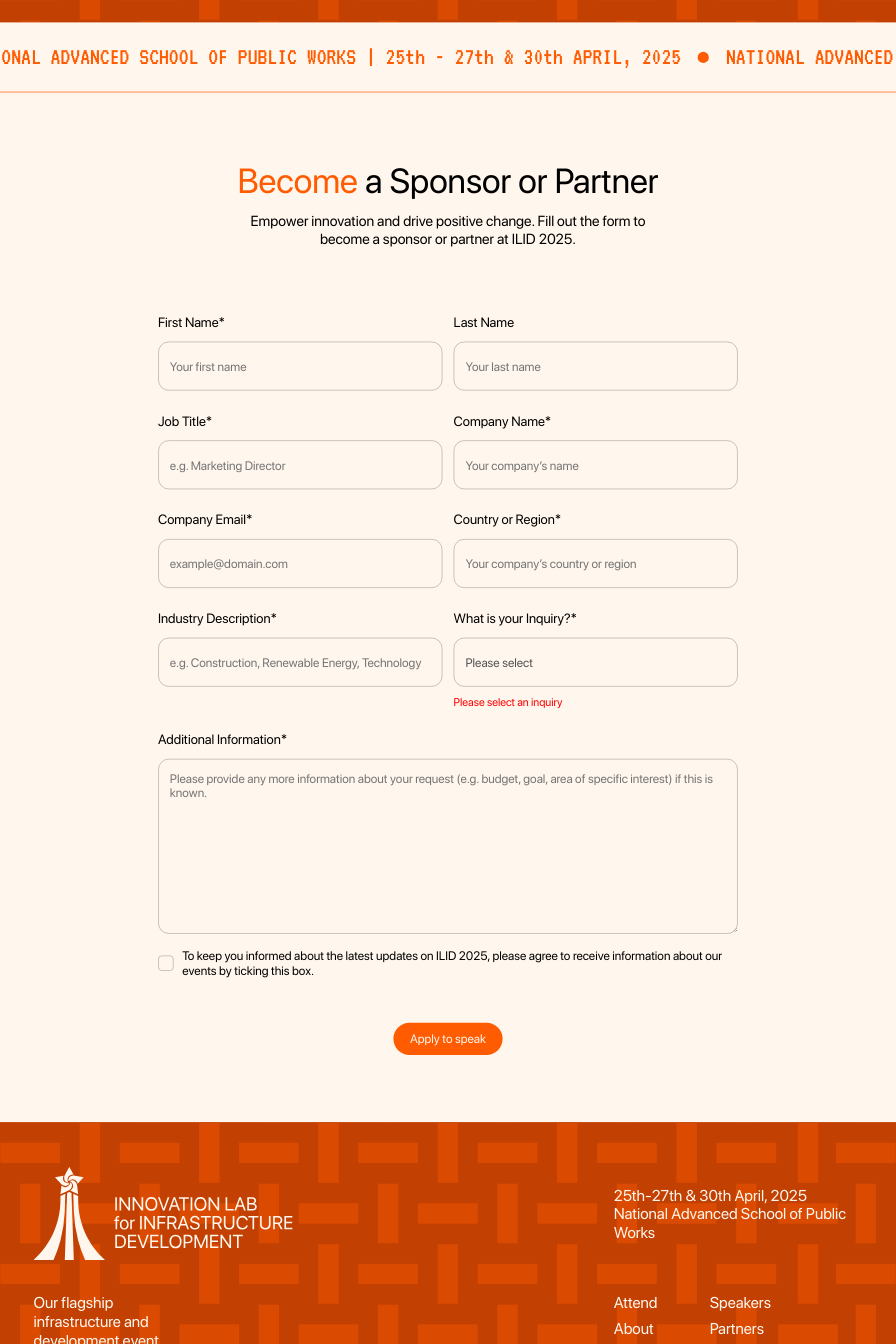
Repository: ilidevent/ilidwebsite
Page: /partners
An editor plug-in stored every save of this project. The page is shown before and after a run of saves, followed by the edit.
The browser window is 1280 px wide. The pictures show the part of the page from y = 580 to 2500 px (the page is 2790 px tall), at 70% of full size.
The project was rebuilt for these pictures with package versions that can differ from the ones it lists, and the page was loaded fresh each time. The framework's server and built-in components were replaced by stand-ins that run in the browser. Also part of the build but not shown: next.config.ts, components/ReUsables/ButtonTwo.tsx, styles/ReUsables/aboutboxwrapper.module.scss, components/ReUsables/TextEmail.tsx, styles/ReUsables/sloganbanner.module.scss, components/ReUsables/SloganBanner.tsx, styles/ReUsables/paddingtop.module.scss, components/ReUsables/PaddingTop.tsx and 43 more.

Above is the page before, as saved 2025-03-17 12:33:54.

### app/layout.tsx
import type { Metadata } from "next";
import localFont from "next/font/local";
import { Navbar } from "@/components";
import "../styles/globals.scss";
import Footer from "@/components/Navigation/Footer";

const regular = localFont({
  src: "./fonts/SF-Pro-Display-Regular.ttf",
  variable: "--regular-font"
})

const medium = localFont({
  src: "./fonts/SF-Pro-Display-Medium.ttf",
  variable: "--medium-font"
})

const semibold = localFont({
  src: "./fonts/SF-Pro-Display-Semibold.ttf",
  variable: "--semibold-font"
})

const heavy = localFont({
  src: "./fonts/SF-Pro-Display-Heavy.ttf",
  variable: "--heavy-font"
})

const script = localFont({
  src: "./fonts/VT323-Regular.ttf",
  variable: "--script-font"
})

export const metadata: Metadata = {
  title: "Innovation Lab for Infrastructure Development",
  description: "Generated by create next app",
};

export default function RootLayout({
  children,
}: Readonly<{
  children: React.ReactNode;
}>) {
  return (
    <html lang="en">
      <body className={`${regular.variable} ${medium.variable} ${semibold.variable} ${heavy.variable} ${script.variable}`}>
        <Navbar/>
        {children}
        <Footer/>
      </body>
    </html>
  );
}

### app/partners/layout.tsx
import type { Metadata } from "next";

export const metadata: Metadata = {
  title: "Partners ILID 2025",
  description: "From strategy to design, we craft brands that elevate visibility, build trust, and drive industry success.",
};

export default function RootLayout({
  children,
}: Readonly<{
  children: React.ReactNode;
}>) {
  return <>{children}</>;
}

### app/partners/page.tsx
import React from 'react'
import { PartnersPageWrapper } from '@/components'

const PartnersPage = () => {
  return (
    <div className='main'>
      <PartnersPageWrapper/>
    </div>
  )
}

export default PartnersPage

### components/index.ts
import Navbar from "./Navigation/Navbar";
import HomePageWrapper from "./HomePage/HomePageWrapper";
import AttendPageWrapper from "./AttendPage/AttendPageWrapper";
import SpeakerPageWrapper from "./SpeakerPage/SpeakerPageWrapper";
import AboutPageWrapper from "./AboutPage/AboutPageWrapper";
import AgendaPageWrapper from "./AgendaPage/AgendaPageWrapper";
import PitchPageWrapper from "./PitchPage/PitchPageWrapper";
import PartnersPageWrapper from "./PartnersPage/PartnersPageWrapper";

export {
  Navbar,
  HomePageWrapper,
  AttendPageWrapper,
  SpeakerPageWrapper,
  AboutPageWrapper,
  AgendaPageWrapper,
  PitchPageWrapper,
  PartnersPageWrapper
}

### components/Navigation/Navbar.tsx
import React from 'react'
import Image from 'next/image'
import Link from 'next/link'
import LOGO from "../../public/svg/whitelogo.svg"
import Button from '../ReUsables/Button'
import styles from "../../styles/Navigation/navbar.module.scss"

const Navbar = () => {
  const navLinks = [
    {
      name: "Attend",
      link: "/attend"
    },
    {
      name: "Speakers",
      link: "/speakers"
    },
    {
      name: "About",
      link: "/about"
    },
    {
      name: "Agenda",
      link: "/agenda"
    }
  ]

  const buttonOne = {
    name: "Pitch your idea",
    link: "/pitch-contest",
  }

  const buttonTwo = {
    name: "Partner with us",
    link: "/partners",
  }

  return (
    <>
      <header className={styles.nav__header}>
        <div className={`container ${styles.nav__container}`}>
          <Link className={styles.nav__logo} href="/">
            <Image fill quality={100} alt='ILID Logo' src={LOGO}/>
          </Link>
          <nav className={styles.nav__center}>
            {
              navLinks.map((data, i) => (
                <Link key={i} href={data.link}>{data.name}</Link>
              ))
            }
          </nav>
          <nav className={styles.nav__right}>
            <Button fill={false} buttonInfo={buttonOne}/>
            <Button fill buttonInfo={buttonTwo}/>
          </nav>
        </div>
      </header>
    </>
  )
}

export default Navbar

### components/PartnersPage/PartnersPageWrapper.tsx
"use client";

import React, { useEffect, useState, useRef } from "react";
import Lenis from "lenis";
import ReusableSection from "../ReUsables/ReusableSection";
import SpeakerForm from "../SpeakerPage/SpeakerForm";
import HeroSection from "../ReUsables/HeroSection";
import PartnersForm from "./PartnersForm";
import VenueBanner from "../ReUsables/VenueBanner";

const PartnersPageWrapper = () => {
  const [lenis, setLenis] = useState<Lenis | null>(null);
  const formRef = useRef<HTMLDivElement | null>(null);

  useEffect(() => {
    const lenisInstance = new Lenis({
      duration: 1,
    });

    function raf(time: number) {
      lenisInstance.raf(time);
      requestAnimationFrame(raf);
    }

    requestAnimationFrame(raf);

    // Store the lenis instance in state
    setLenis(lenisInstance);
  }, []);

  const HeroContent = {
    largeText: "Sponsor or Partner at ILID 2025",
    normalText:
      "Sponsor or Partner with us to ignite innovation, empower emerging leaders, and create resilient, future-ready communities in Cameroon.",
    buttonProps: {
      name: "Partner with us",
    }
  };

  const formContent = {
    header: "Become a Sponsor or Partner",
    keywords: ["Become"],
    text: "Empower innovation and drive positive change. Fill out the form to become a sponsor or  partner at ILID 2025.",
  };

  const HeroBreakpoints = {
    lg: "75vh",
    nm: "85vh",
    md: "100vh",
    sm: "100vh",
  };
  return (
    <>
      <HeroSection
        herocontent={HeroContent}
        breakpoints={HeroBreakpoints}
        lenis={lenis}
        reference={formRef}
      />
      <VenueBanner />
      <ReusableSection
        header={formContent.header}
        keywords={formContent.keywords}
        text={formContent.text}
        textColor="#000000"
        backgroundColor="#FFF6ED"
        ref={formRef}
      >
        <PartnersForm />
      </ReusableSection>
    </>
  )
}

export default PartnersPageWrapper

### styles/Navigation/footer.module.scss
.footer__section{
  width: 100%;
  height: auto;
  position: relative;
  background-color: var(--darkorange);
  padding: 4rem 0 0;
  color: var(--body-color);
}

.footer__container{
  height: auto;
  position: relative;
  z-index: 1;
  display: flex;
  flex-direction: column;
  gap: 7rem;
}

.footer__top{
  position: relative;
  width: 100%;
  display: flex;
  flex-direction: column;
  gap: 3rem;
  justify-content: flex-start;
  align-items: flex-start;
}

.ft__top{
  width: 100%;
  height: auto;
  display: flex;
  justify-content: space-between;
  align-items: center;
}

.ft__image{
  width: 370px;
  aspect-ratio: 1112.0159/400;
  position: relative;

  img {
    object-fit: cover;
  }
}

.loca__venue{
  width: 30%;
  height: auto;

  span{
    font-size: calc(var(--normal-font-size) + 0.3rem);
  }
}

.ft__bottom{
  width: 100%;
  height: auto;
  display: flex;
  justify-content: space-between;
  align-items: flex-start;
}

.ftb__left{
  width: 20%;
  height: auto;
  display: flex;
  flex-direction: column;
  gap: 1.5rem;

  p{
    font-size: calc(var(--normal-font-size) + 0.3rem);
    line-height: 1.2;
  }
}

.svg__container{
  position: relative;
  display: flex;
  gap: 1.5rem;
}

.svg{
  width: 25px;
  height: 25px;
  display: block;
  color: var(--body-color);
  position: relative;
}

.ftb__right{
  width: 30%;
  height: auto;
  display: flex;
  gap: 4rem;
  align-items: flex-start;
}

.fnav__links{
  display: flex;
  flex-direction: column;
  gap: 0.7rem;

  a{
    color: var(--body-color);
    font-size: calc(var(--normal-font-size) + 0.3rem);
    opacity: 1;
    transition: all 0.7s ease;

    &:hover{
      opacity: 0.6;
    }
  }
}

.fback__image{
  width: 100%;
  height: 100%;
  position: absolute;
  top: 0;
  left: 0;

  img{
    object-fit: cover;
  }
}

.footer__bottom{
  width: 100%;
  padding: 1.5rem 0;
  border-top: 1px solid var(--body-color);
  font-size: var(--small-font-size);
  display: flex;
  justify-content: space-between;
  align-items: center;

  p{
    display: flex;
    gap: 0.15rem;

    .better{
      font-family: var(--medium-font);
      text-decoration: underline;
      cursor: pointer;
    }
  }
}

### components/ReUsables/Button.tsx
"use client";

import React from "react";
import Link from "next/link";
import styles from "../../styles/ReUsables/button.module.scss";

interface ButtonInfo {
  name: string;
  link?: string;
}

interface ButtonProps {
  buttonInfo: ButtonInfo;
  fill: boolean;
  onClick?: () => void;
}

const Button = ({ buttonInfo, fill, onClick }: ButtonProps) => {
  // If a link is provided, render a Link
  if (buttonInfo.link) {
    return fill ? (
      <Link className={styles.button__background} href={buttonInfo.link}>
        {buttonInfo.name}
      </Link>
    ) : (
      <Link className={styles.button__stroke} href={buttonInfo.link}>
        {buttonInfo.name}
      </Link>
    );
  }

  // If no link is provided but an onClick is available, render a clickable span
  if (onClick) {
    return fill ? (
      <span className={styles.button__background} onClick={onClick}>
        {buttonInfo.name}
      </span>
    ) : (
      <span className={styles.button__stroke} onClick={onClick}>
        {buttonInfo.name}
      </span>
    );
  }

  // Fallback: render a non-clickable span
  return fill ? (
    <span className={styles.button__background}>{buttonInfo.name}</span>
  ) : (
    <span className={styles.button__stroke}>{buttonInfo.name}</span>
  );
};

export default Button;

### styles/Navigation/navbar.module.scss
.nav__header {
  width: 100%;
  height: auto;
  padding: 1rem 0;
  position: fixed;
  top: 0;
  left: 0;
  z-index: 100;
}

.nav__container {
  position: relative;
  display: flex;
  justify-content: space-between;
  align-items: center;
}

.nav__logo {
  width: 270px;
  aspect-ratio: 1112.0159/400;
  position: relative;

  img {
    object-fit: cover;
  }
}

.nav__center {
  position: absolute;
  top: 50%;
  left: 50%;
  transform: translate(-50%, -50%);
  display: flex;
  gap: 1.5rem;

  a {
    color: var(--body-color);
    opacity: 1;
    transition: opacity 0.5s ease;

    &:hover {
      opacity: 0.5;
    }
  }
}

.nav__right{
  display: flex;
  gap: 1.5rem
}

### components/ReUsables/HeroSection.tsx
import React from "react";
import Button from "./Button";
import Image from "next/image";
import Lenis from "lenis";
import HEROBACK from "../../public/svg/heroback.svg"
import styles from "../../styles/ReUsables/herosection.module.scss";

interface HeroContent {
  largeText: string;
  normalText: string;
  buttonText?: string;
  buttonProps: {
    name: string;
    link?: string;
  };
}

interface HeroBreakpoints {
  lg: string;
  nm: string;
  md: string;
  sm: string;
}

const HeroSection = ({
  herocontent,
  breakpoints,
  lenis,
  reference,
}: {
  herocontent: HeroContent;
  breakpoints: HeroBreakpoints;
  lenis?: Lenis | null;
  reference?: React.RefObject<HTMLDivElement | null>;
}) => {


  const handleLenisScroll = () => {
    if (lenis && reference?.current) {
      const referenceTop =
        window.scrollY + reference?.current.getBoundingClientRect().top;
      lenis.scrollTo(referenceTop);
    }
  };


  return (
    <section
      className={styles.hero__section}
      style={
        {
          "--lg": breakpoints.lg,
          "--nm": breakpoints.nm,
          "--md": breakpoints.md,
          "--sm": breakpoints.sm,
        } as React.CSSProperties
      }
    >
      <div className={styles.hero__container}>
        <div className={styles.content__wrapper}>
          <div className={styles.large__text}>
            <h1>{herocontent.largeText}</h1>
          </div>
          <div className={styles.normal__text}>
            <p>{herocontent.normalText}</p>
          </div>
          <div className={styles.hbutton__wrapper}>
            {herocontent.buttonText && <p className={styles.button__text}>{herocontent.buttonText}</p>}
            <Button fill={false} buttonInfo={herocontent.buttonProps} onClick={handleLenisScroll}/>
          </div>
        </div>
      </div>
      <div className={styles.hero__image}>
        <Image fill quality={100} alt="ILID Pattern" src={HEROBACK}/>
      </div>
    </section>
  );
};

export default HeroSection;

### styles/ReUsables/button.module.scss
.button__background{
  padding: 0.7rem 1.5rem;
  border-radius: 100px;
  background-color: var(--body-color);
  color: var(--orange);
  border: 1px solid transparent;
  transition: all 0.5s ease;
  cursor: pointer;

  &:hover{
    border: 1px solid var(--body-color);
    color: var(--body-color);
    background-color: transparent;
  }
}

.button__stroke{
  padding: 0.7rem 1.5rem;
  border-radius: 100px;
  background-color: transparent;
  color: var(--body-color);
  border: 1px solid var(--body-color);
  transition: all 0.5s ease;
  cursor: pointer;

  &:hover{
    border: 1px solid transparent;
    color: var(--orange);
    background-color: var(--body-color);
  }
}

.button__strokeTwo{
  padding: 0.7rem 1.5rem;
  border-radius: 100px;
  background-color: transparent;
  color: var(--orange);
  border: 1px solid var(--orange);
  transition: all 0.5s ease;

  &:hover{
    border: 1px solid transparent;
    color: var(--body-color);
    background-color: var(--orange);
  }
}

### styles/ReUsables/herosection.module.scss
.hero__section {
  width: 100vw;
  height: var(--nm);
  background-color: var(--darkorange);
  position: relative;
  color: var(--body-color);
}

.hero__image{
  width: 100%;
  height: 100%;
  position: absolute;
  top: 0;
  left: 0;

  img{
    object-fit: cover;
  }
}

.hero__container {
  width: 100%;
  height: 100%;
  position: relative;
  z-index: 1;
}

.content__wrapper {
  width: 930px;
  height: auto;
  position: absolute;
  top: 150px;
  left: 50%;
  transform: translateX(-50%);
  display: flex;
  flex-direction: column;
  justify-content: flex-start;
  align-items: center;
  gap: 1.5rem;
}

.large__text {
  h1 {
    font-size: calc(var(--biggest-font-size) - 2.3rem);
    font-weight: 100;
    text-align: center;
    line-height: 1.03;
  }
}

.normal__text {
  width: 70%;
  text-align: center;

  p {
    font-size: calc(var(--normal-font-size) + 0.2rem);
  }
}

.hbutton__wrapper{
  display: flex;
  flex-direction: column;
  gap: 1rem;
  align-items: center;
  margin-top: 1.5rem;
}

@media screen and (min-height: 800px) {
  .hero__section{
    height: var(--lg);
  }

  .content__wrapper{
    width: 1030px;
    top: 21%;
  }

  .large__text {
    h1 {
      font-size: calc(var(--biggest-font-size) - 1.5rem);
      font-weight: 100;
      text-align: center;
      line-height: 1.1;
    }
  }

  .normal__text {
    width: 70%;
    text-align: center;

    p {
      font-size: calc(var(--h2-font-size) - 1rem);
    }
  }

  .hbutton__wrapper{
    display: flex;
    flex-direction: column;
    gap: 1.5rem;
    align-items: center;
    margin-top: 2rem;
  }
}

### styles/ReUsables/venuebanner.module.scss
.vb__section{
  position: relative;
  width: 100%;
  height: auto;
  padding: 0rem 0 3rem;
}

.vbslider__container{
  width: 100%;
  padding: 2rem 0;
  border-bottom: 1px solid var(--orange);
}

.vb__slider{
  width: max-content;
  position: relative;
  display: flex;
}

.vslider__main{
  display: flex;

  .vslider__space{
    width: 1rem;
    height: 1rem;
    display: block;
  }
}

.vslider__content{
  display: flex;
  gap: 1.5rem;
  align-items: center;
  font-family: var(--script-font);
  font-size: calc(var(--h2-font-size) - 0.3rem);
  color: var(--orange);
}

.vfirst__slide{
  display: flex;
  align-items: center;
  gap: 1.5rem;

  p{
    word-wrap: none;
  }

  .vspan__button{
    display: block;
    width: 1rem;
    height: 1rem;
    border-radius: 50%;
    background-color: var(--orange);
  }
}

### components/ReUsables/HighlighedText.tsx
import React from 'react'
import styles from "../../styles/ReUsables/highlightedtext.module.scss";

interface HighlightedTextProps {
  text: string;
  keywords?: string[];
  color: string;
}

const HighlightedText = ({
  text,
  keywords,
  color
}: HighlightedTextProps) => {
  // Split the text into words
  const words = text.split(" ");

  return (
    <p className={styles.large__text}>
      {words.map((word, index) => {
        // Remove punctuation for matching and convert to lowercase.
        const cleanedWord = word.replace(/[.,!?;:()]/g, "");

        if (keywords?.includes(cleanedWord)) {
          return (
            <span key={index} style={{color: "var(--orange)"}}>
              {word}{" "}
            </span>
          );
        } else {
          return (
            <span key={index} style={{color: color}}>
              {word}{" "}
            </span>
          );
        }
      })}
    </p>
  );
};

export default HighlightedText;

### styles/ReUsables/reusablesection.module.scss
.rs__content{
  width: 100%;
  height: auto;
  position: relative;
}

.rs__container{
  height: max-content;
}

.rs__wrapper{
  width: 100%;
  height: auto;
  display: flex;
  flex-direction: column;
  justify-content: flex-start;
  gap: 6rem;
  align-items: center;
}

.rscontent__header{
  width: 60%;
  display: flex;
  flex-direction: column;
  align-items: center;
  justify-content: flex-start;
  gap: 1rem;

  .p__tag{
    text-align: center;
    width: 85%;
    font-size: calc(var(--normal-font-size) + 0.2rem);
  }
}

.rsmain__content{
  width: 100%;
  height: auto;
}

.rButton{
  display: flex;
  flex-direction: column;
  align-items: center;

}

.rbutton__text{
  width: max-content;
  margin-bottom: 1rem;
}

### components/ReUsables/FormInput.tsx
"use client";

import React, { useState, useEffect } from "react";
import styles from "../../styles/ReUsables/forminput.module.scss";

interface FormField {
  id: number;
  name: string;
  type: string;
  placeholder: string;
  errorMessage?: string;
  label: string;
  required: boolean;
  minlength?: number;
  inputState: boolean;
}

const FormInput = ({
  data,
  isSubmitting,
}: {
  data: FormField;
  isSubmitting: boolean;
}) => {
  const [focused, setFocused] = useState(false);

  useEffect(() => {
    if (isSubmitting) {
      setFocused(false);
    }
  }, [isSubmitting]);

  const handleFocus = () => {
    if (!isSubmitting) { // Skip onBlur during form reset/submission
      setFocused(true);
    }
  };

  return (
    <div className={styles.input__wrapper}>
      <label htmlFor={data.name} className={styles.label}>
        {data.label}
      </label>
      {data.inputState ? (
        <input
          className={styles.input}
          name={data.name}
          type={data.type}
          placeholder={data.placeholder}
          required={data.required}
          minLength={data.minlength}
          onBlur={handleFocus}
          data-focused={focused.toString()}
        />
      ) : (
        <textarea
          className={styles.textarea}
          name={data.name}
          placeholder={data.placeholder}
          required={data.required}
          minLength={data.minlength}
          onBlur={handleFocus}
          data-focused={focused.toString()}
        />
      )}
      <span className={styles.error}>{data.errorMessage}</span>
    </div>
  );
};

export default FormInput;

### styles/ReUsables/highlightedtext.module.scss
.large__text{
  font-size: calc(var(--h2-font-size) + 0.6rem);
}

.phrase__text{
  font-size: calc(var(--normal-font-size) + 0.6rem);
  text-align: justify;
}

### components/ReUsables/FormSelector.tsx
"use client";

import React, { useState } from "react";
import styles from "../../styles/ReUsables/formselector.module.scss";


const FormSelector = () => {
  const selections = [
    "Please select",
    "Sponsorship",
    "Partnership"
  ]
  const [activeBox, setActiveBox] = useState(false)

  return (
    <div className={styles.select__wrapper}>
      <span className={styles.flabel}>What is your Inquiry?*</span>
      <div className={styles.finput} onClick={() => setActiveBox(!activeBox)}>
        <span className={styles.selection}>Please select</span>
        <div className={styles.select__wrapper}>
          {
            selections.map((data, i) => (
              <div cl>

              </div>
            ))
          }
        </div>
      </div>
      <span className={styles.ferror}>Please select an inquiry</span>
    </div>
  );
};

export default FormSelector;

### styles/ReUsables/forminput.module.scss
.input__wrapper{
  width: 100%;
  height: auto;
  display: flex;
  flex-direction: column;
  gap: 1rem
}

.label{
  font-size: calc(var(--normal-font-size) + 0.1rem);
  text-transform: none;
}

.input {
  width: 100%;
  height: 70px;
  padding-left: 1rem;
  outline: none;
  background-color: transparent;
  border-radius: 15px;
  border: 1px solid rgba(0, 0, 0, 0.3);


  &:focus {
    border: 1px solid #ffa473;
  }

  &:invalid[data-focused="true"] {
    border: 1px solid red;
  }

  &:invalid[data-focused="true"] ~ .error {
    display: block;
  }
}

.textarea {
  width: 100%;
  min-height: 250px;
  padding-top: 1rem;
  padding-left: 1rem;
  outline: none;
  border: 1px solid rgba(0, 0, 0, 0.3);
  background-color: transparent;
  border-radius: 15px;


  &:focus {
    border: 1px solid #ffa473;
  }

  &:invalid[data-focused="true"] {
    border: 1px solid rgb(255, 0, 0);
  }

  &:invalid[data-focused="true"] ~ .error {
    display: block;
  }
}

.error {
  font-size: calc(var(--normal-font-size) - 0.1rem);
  color: rgb(255, 0, 0);
  display: none;
  margin-top: -0.2rem;
}

### styles/ReUsables/formselector.module.scss
.select__wrapper{
  width: 100%;
  height: auto;
  display: flex;
  flex-direction: column;
  gap: 1rem;
  position: relative;
}

.flabel{
  font-size: calc(var(--normal-font-size) + 0.1rem);
  text-transform: none;
}

.finput {
  width: 100%;
  position: relative;
  height: 70px;
  background-color: transparent;
  border-radius: 15px;
  border: 1px solid rgba(0, 0, 0, 0.3);
}

.selection{
  position: absolute;
  top: 50%;
  left: 1rem;
  transform: translateY(-50%);
  color: var(--text-color-light);
}

.ferror {
  font-size: calc(var(--normal-font-size) - 0.1rem);
  color: rgb(255, 0, 0);
  margin-top: -0.2rem;
}

Loaded but not shown: utils/index.ts (2098 lines, source omitted); components/Navigation/BetterMarque.tsx (236 lines, source omitted); components/Navigation/Footer.tsx (119 lines, source omitted); components/PartnersPage/PartnersForm.tsx (122 lines, source omitted); components/ReUsables/VenueBanner.tsx (90 lines, source omitted); styles/Navigation/bettermarque.module.scss (150 lines, source omitted); styles/globals.scss (167 lines, source omitted); components/ReUsables/ReusableSection.tsx (86 lines, source omitted); styles/AttendPage/attendform.module.scss (137 lines, source omitted)

After the next 5 saves:
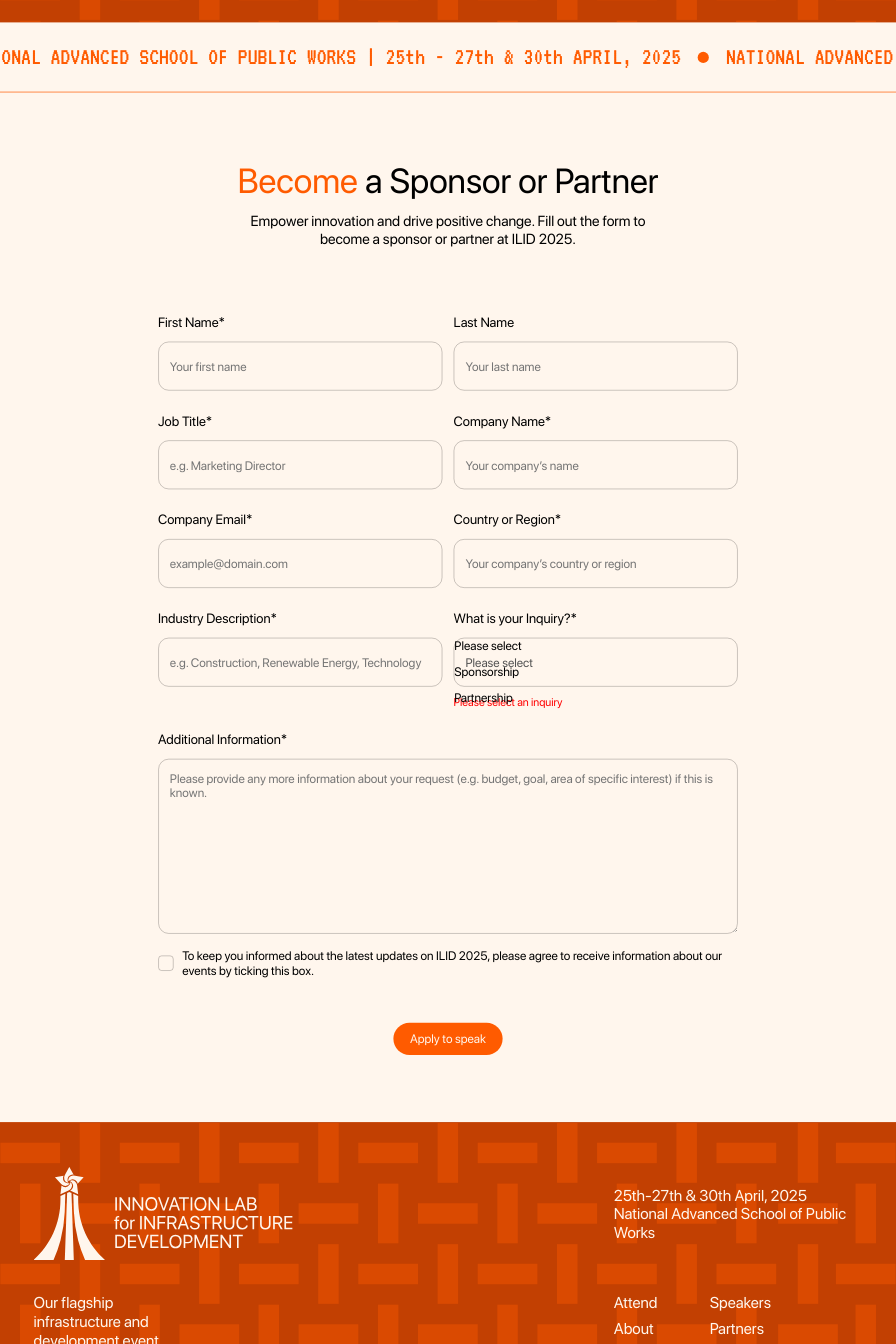
The 5 saves are shown as one change because 1 did not build or start and some came seconds apart.
The last was saved 18 s later.
--- a/components/ReUsables/FormSelector.tsx
+++ b/components/ReUsables/FormSelector.tsx
@@ -20,8 +20,8 @@
         <div className={styles.select__wrapper}>
           {
             selections.map((data, i) => (
-              <div cl>
-
+              <div className={styles.sbox}>
+                <span>{data}</span>
               </div>
             ))
           }
